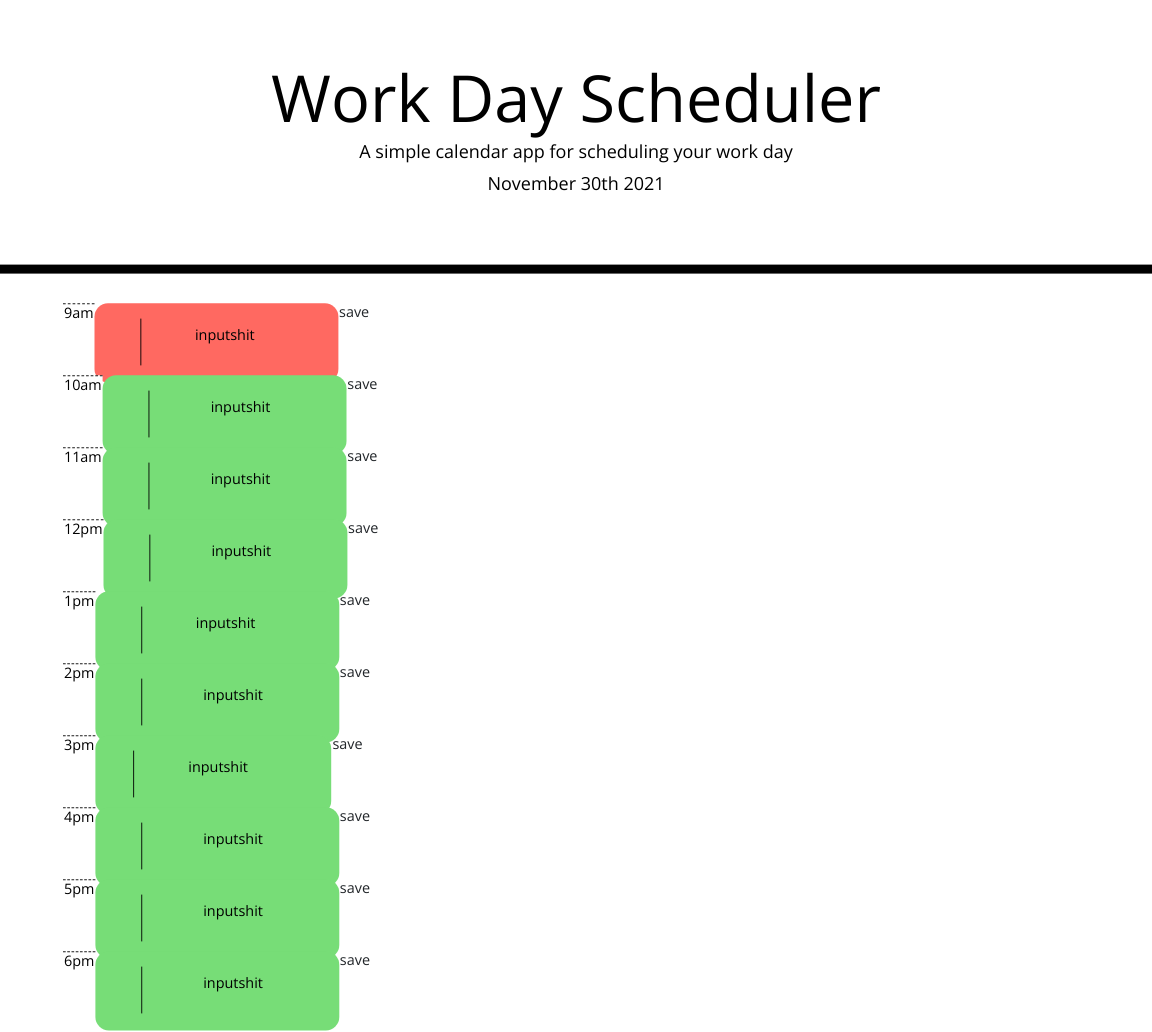
Repository: Naomilounsbury/work-day-scheduler
Page: index.html
An editor plug-in stored every save of this project. The page is shown before and after the next save, followed by the edit.
The browser window is 1280 px wide. The pictures show the whole page, at 90% of full size.
Some web libraries are served in a nearby version.

Above is the page before, as saved 2021-12-01 10:48:45.

### index.html
<!DOCTYPE html>
<html lang="en">
  <head>
    <meta charset="UTF-8" />
    <meta name="viewport" content="width=device-width, initial-scale=1.0" />
    <meta http-equiv="X-UA-Compatible" content="ie=edge" />
    <link
      rel="stylesheet"
      href="https://stackpath.bootstrapcdn.com/bootstrap/4.3.1/css/bootstrap.min.css"
    />
    <link
      rel="stylesheet"
      href="https://use.fontawesome.com/releases/v5.8.1/css/all.css"
      integrity="sha384-50oBUHEmvpQ+1lW4y57PTFmhCaXp0ML5d60M1M7uH2+nqUivzIebhndOJK28anvf"
      crossorigin="anonymous"
    />
    <link
      href="https://fonts.googleapis.com/css?family=Open+Sans&display=swap"
      rel="stylesheet"
    />
    <link rel="stylesheet" href="./assets/css/style.css" />
    <title>Work Day Scheduler</title>
  </head>

  <body>
    <header class="jumbotron">
      <h1 class="display-3">Work Day Scheduler</h1>
      <p class="lead">A simple calendar app for scheduling your work day</p>
      <p id="currentDay" class="lead"></p>
    </header>
    <div class="container">
      <!-- Timeblocks go here -->
      <table>
        <tr class="row">
          <td class="hour">9am</td>
          <td class="time-block" id="9">
            <textarea>
            inputshit
          </textarea>
          </td>
          <td class="savebtn">save</td>
        </tr>
        <tr class="row">
          <td class="hour">10am</td>
          <td class="time-block" id="10">
            <textarea>
              inputshit
            </textarea>
          </td>
          <td>save</td>
        </tr>
        <tr class="row">
          <td class="hour">11am</td>
          <td class="time-block" id="11">
            <textarea>
              inputshit
            </textarea>
          </td>
          <td>save</td>
        </tr>
        <tr class="row">
          <td class="hour">12pm</td>
          <td class="time-block" id="12">
            <textarea>
              inputshit
            </textarea>
          </td>
          <td>save</td>
        </tr>
        <tr class="row">
          <td class="hour">1pm</td>
          <td class="time-block" id="13">
            <textarea>
            inputshit</textarea>
          </td>
          <td>save</td>
        </tr>
        <tr class="row">
          <td class="hour">2pm</td>
          <td class="time-block" id="14">
            <textarea>
              inputshit
            </textarea>
          </td>
          <td>save</td>
        </tr>
        <tr class="row">
          <td class="hour">3pm</td>
          <td class="time-block" id="15">
          <textarea>
            inputshit
          </textarea>
          </td>
          <td>save</td>
        </tr>
        <tr class="row">
          <td class="hour">4pm</td>
          <td class="time-block" id="16">
            <textarea>
              inputshit
            </textarea>
          </td>
          <td>save</td>
        </tr>
        <tr class="row">
          <td class="hour">5pm</td>
          <td class="time-block" id="17">
            <textarea>
              inputshit
            </textarea>
          </td>
          <td>save</td>
        </tr>
        <tr class="row">
          <td class="hour">6pm</td>
          <td class="time-block" id="18">
            <textarea>
              inputshit
            </textarea>
          </td>
          <td>save</td>
        </tr>
      </table>
    </div>

    <script src="https://code.jquery.com/jquery-3.4.1.min.js"></script>
    <script src="https://cdnjs.cloudflare.com/ajax/libs/moment.js/2.24.0/moment.min.js"></script>
    <script src="assets/js/script.js"></script>
</body>
</html>

### assets/css/style.css
body {
  font-family: 'Open Sans', sans-serif;
  font-size: 16px;
  line-height: 1;
}

textarea{
  background: transparent;
  border: none;
  resize: none;
  color: #000000;
  border-left: 1px solid black;
  padding: 10px;
}

.jumbotron {
  text-align: center;
  background-color: transparent;
  color: black;
  border-radius: 0;
  border-bottom: 10px solid black;
}

.description{
  white-space: pre-wrap;
}

.time-block{
  text-align: center;
  border-radius: 15px;
}

.row {
  white-space: pre-wrap;
  height: 80px;
  border-top: 1px solid white;;
}

.hour {
  background-color: #ffffff;
  color: #000000;
  border-top: 1px dashed #000000;
}

.past {
  background-color: #d3d3d3;
  color: white;
}

.present {
  background-color: #ff6961;
  color: white;
}

.future {
  background-color: #77dd77;
  color: white;
}

.saveBtn {
  border-left: 1px solid black;
  border-top-right-radius: 15px;
  border-bottom-right-radius: 15px;
  background-color: #06AED5;
  color: white;
}

.saveBtn i:hover {
  font-size: 20px;
  transition: all .3s ease-in-out;
}

### assets/js/script.js
//using moment to get the current time
currentTime = moment();
//connected it to the current day spot in the html
currentDayEl = document.querySelector("#currentDay");
var displayDate = currentTime.format('MMMM Do YYYY');
currentDayEl.innerText = displayDate
//going to get my timeblock element
timeBlockEl = document.querySelectorAll(".time-block");
//made a function called checkTime to check the current time to compare with the time on the scheduler
var checkTime = function(currentEl){
    //will maybe hit a block because will use 24 hours as ids but if the current time that I chose from moment is 12 hours they wont match up
    var timeBlock = moment().hour(parseInt(currentEl.id))
    console.log(timeBlock)
    //if the block hour id is less than the current time hour we return the class name past
    if (timeBlock.hour() < currentTime.hour()){
        return "past"
    }
    if (timeBlock.hour() > currentTime.hour()){
        return "future"
    }
    if (timeBlock.hour()=== currentTime.hour()){
        return "present"
    }

    //if element is in the past return past
    //if element is in the future return future
    //if element is in the present return present
}
for(i=0; i<=timeBlockEl.length-1; i++){
    //timeblock elements already have the class timeblock. If we just replaced the class with future or present
    //it would erase the class, so we want to add to the class
    //check time returns the new class

    timeBlockEl[i].className = timeBlockEl[i].className + " " + checkTime(timeBlockEl[i])
console.log(checkTime(timeBlockEl[i]))
}
// var saveData = function (){

// }
// saveData.addEventListener("click", function () {
//     var initials = input.value
//     console.log(initials)
//     var object = {
//         //key value pair, key being the name of the property within the object, the value being the actual data or content
//         initials: initials, score: score

    // }
    //pushing my scores onto my array
    // highScores.push(object)
    // //making my high scores object into a string
    // localStorage.setItem("highScores", JSON.stringify(highScores))

After the next save:
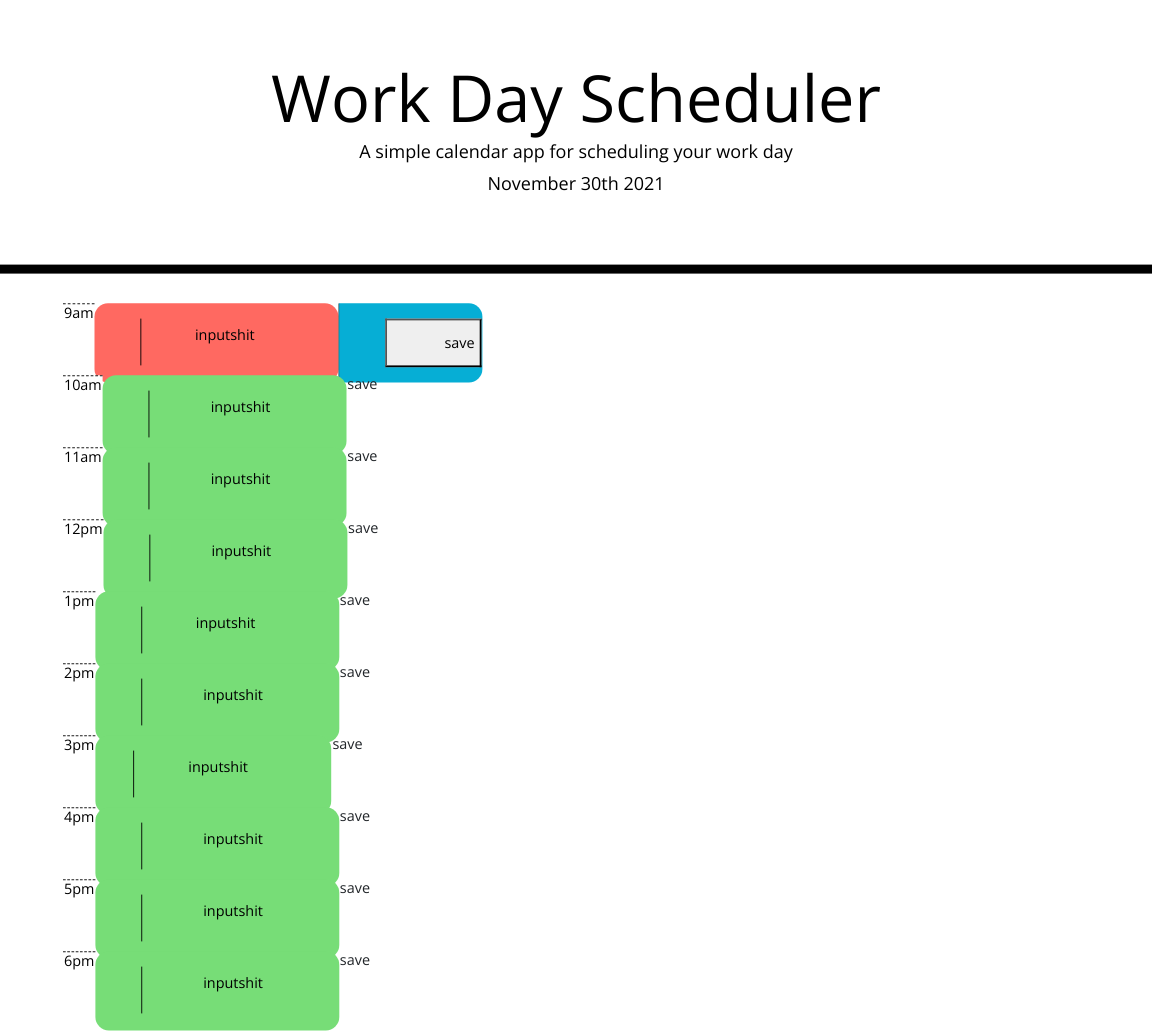
Saved 9 h 39 min later.
--- a/index.html
+++ b/index.html
@@ -38,7 +38,12 @@
             inputshit
           </textarea>
           </td>
-          <td class="savebtn">save</td>
+
+          <td class="saveBtn">
+            <button>
+              save
+            </button>
+          </td>
         </tr>
         <tr class="row">
           <td class="hour">10am</td>
